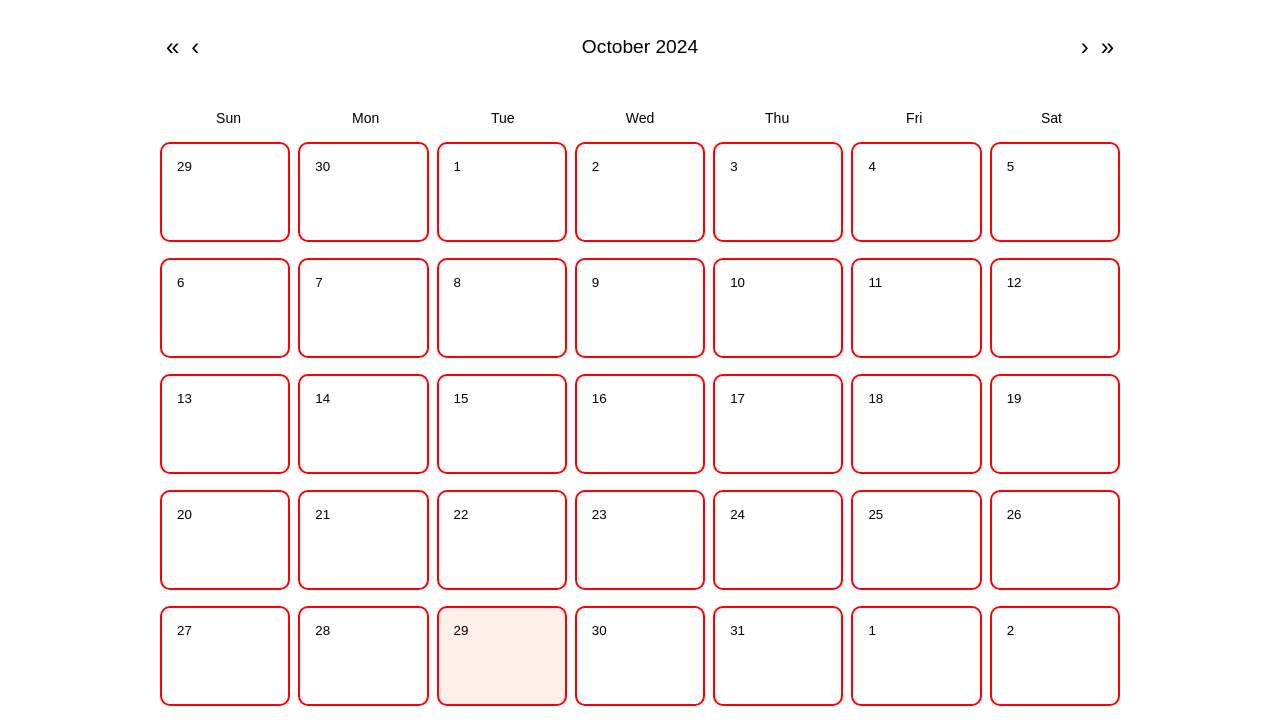
Repository: prgrms-fe-devcourse/NFE1-1-3-MOODI
Page: /
The author's editor kept a copy of each file at every save. The page is drawn from the files as they stood at one save, then again after the next save.
The browser window is 1280 px wide. The pictures show the whole page.
The page's requests for data from a server got no answer. Some web fonts or font styles are not loaded; a fallback is used. The project was rebuilt for these pictures with package versions that can differ from the ones it lists, and the page was loaded fresh each time. No one was signed in, and anything a server would have sent is missing. Also part of the build but not shown: webpack.config.js.

Above is the page before, as saved 2024-10-29 14:39:10.

### public/index.html
<!doctype html>
<html lang="en">
    <head>
        <meta charset="UTF-8" />
        <meta http-equiv="X-UA-Compatible" content="IE=edge" />
        <meta name="viewport" content="width=device-width, initial-scale=1.0" />
        <link
            rel="stylesheet"
            type="text/css"
            href="https://cdn.jsdelivr.net/gh/orioncactus/pretendard/dist/web/static/pretendard.css"
        />
        <title>Webpack without CRA</title>
    </head>
    <body>
        <div id="root"></div>
    </body>
</html>

### src/app/Index.tsx
import React from 'react';
import ReactDOM from 'react-dom/client';
import App from './App';

const rootElement = document.getElementById('root')!;

const root = ReactDOM.createRoot(rootElement);

root.render(
    <React.StrictMode>
        <App />
    </React.StrictMode>
);

### src/app/App.tsx
import React from 'react';
import GlobalStyles from './styles/globalStyles';
import { QueryClient, QueryClientProvider } from '@tanstack/react-query';
import Calendar from '../features/calendar/index';

const queryClient = new QueryClient();

const App: React.FC = () => {
    return (
        <QueryClientProvider client={queryClient}>
            <GlobalStyles />
            <Calendar />
        </QueryClientProvider>
    );
};

export default App;

### src/app/styles/globalStyles.ts
import { createGlobalStyle } from 'styled-components';

const GlobalStyles = createGlobalStyle`

  /* CSS Reset */
  html,
  body,
  div,
  span,
  applet,
  object,
  iframe,
  h1,
  h2,
  h3,
  h4,
  h5,
  h6,
  p,
  blockquote,
  pre,
  a,
  abbr,
  acronym,
  address,
  big,
  cite,
  code,
  del,
  dfn,
  em,
  img,
  ins,
  kbd,
  q,
  s,
  samp,
  small,
  strike,
  strong,
  sub,
  sup,
  tt,
  var,
  b,
  u,
  i,
  center,
  dl,
  dt,
  dd,
  ol,
  ul,
  li,
  fieldset,
  form,
  label,
  legend,
  table,
  caption,
  tbody,
  tfoot,
  thead,
  tr,
  th,
  td,
  article,
  aside,
  canvas,
  details,
  embed,
  figure,
  figcaption,
  footer,
  header,
  hgroup,
  menu,
  nav,
  section {
    margin: 0;
    padding: 0;
    border: 0;
    font-size: 100%;
    font: inherit;
    vertical-align: baseline;
  }
  article,
  aside,
  details,
  figcaption,
  figure,
  footer,
  header,
  hgroup,
  menu,
  nav,
  section {
    display: block;
  }
  *[hidden] {
    display: none;
  }
  body {
    line-height: 1;
    font-family: 'Pretendard', sans-serif;
  }
  ol,
  ul {
    list-style: none;
  }
  blockquote,
  q {
    quotes: none;
  }
  blockquote:before,
  blockquote:after,
  q:before,
  q:after {
    content: '';
    content: none;
  }
  table {
    border-collapse: collapse;
    border-spacing: 0;
  }
  *,
  *::before,
  *::after {
    box-sizing: border-box;
  }
  body {
    margin: 0;
    padding: 0;
    overflow-y: scroll;
  }
  a{
    color: black;
    text-decoration-line: none;
  }
`;

export default GlobalStyles;

### src/features/calendar/index.tsx
import CalendarUi from './calendar-ui/CalendarUi';
import { CalendarWrapper } from './indexCss';

const Calendar = () => {
    return (
        <CalendarWrapper>
            <CalendarUi />
        </CalendarWrapper>
    );
};

export default Calendar;

### src/features/calendar/calendar-ui/CalendarUi.tsx
import { StyledCalendar, DateInnerContent } from './calendarUiCss';
import { Value } from 'react-calendar/dist/cjs/shared/types';
import { useState, useEffect } from 'react';
import moment from 'moment';
import { calendarDataFetch } from '../calendar-logic/calendarDataFetch';
import {
    getActiveMonth,
    handleTileClick
} from '../calendar-logic/calendarLogic';
import { getEmoticonPath } from '../get-emotion-path/getEmotionPath';

const CalendarUi: React.FC = () => {
    const curDate = new Date();
    const [vlu, onChange] = useState(curDate);
    const monthOfActiveDate = moment(vlu).format('YYYY-MM');
    const [activeMonth, setActiveMonth] = useState(monthOfActiveDate);
    const [fetchedData, setFetchedData] = useState<
        { id: number; created_date: string; emotion: string | null }[]
    >([]);
    const weekDays = ['Sun', 'Mon', 'Tue', 'Wed', 'Thu', 'Fri', 'Sat'];

    // fetchedData에 데이터를 저장
    const loadDates = async () => {
        const data = await calendarDataFetch(activeMonth);
        if (data) {
            const dates = data.map(
                (entry: {
                    id: number;
                    created_date: string;
                    emotion: string | null;
                }) => ({
                    id: entry.id,
                    created_date: moment(entry.created_date).format(
                        'YYYY-MM-DD'
                    ),
                    emotion: entry.emotion
                })
            );
            setFetchedData(dates);
        }
    };

    // 일기 여부에 따라 class주어주기
    const getTileClassName = (dateparam: Date): string => {
        const dateString = moment(dateparam).format('YYYY-MM-DD');
        const isCheckedDate = fetchedData.some(
            (entry) => entry.created_date === dateString
        );

        return isCheckedDate ? 'diary-date' : 'checked-date';
    };

    // fetchedData에서 아이템마다 id와 emotion 데이터 넣기
    const getTileContent = ({ date }: { date: Date }) => {
        const dateString = moment(date).format('YYYY-MM-DD');
        const matchedEntry = fetchedData.find(
            (entry) => entry.created_date === dateString
        );

        if (matchedEntry && matchedEntry.emotion) {
            return (
                <DateInnerContent
                    data-id={matchedEntry.id}
                    emotion={getEmoticonPath(matchedEntry.emotion)}
                    className="custom-tile-content"
                />
            );
        }
        return null; // 해당 날짜와 일치하는 데이터가 없으면 null 반환
    };

    useEffect(() => {
        loadDates();
    }, [activeMonth]);

    return (
        <StyledCalendar
            onActiveStartDateChange={({ activeStartDate }) =>
                getActiveMonth(activeStartDate, setActiveMonth)
            }
            formatDay={(locale, d) => d.getDate().toString()}
            formatShortWeekday={(locale, d) => weekDays[d.getDay()]}
            tileClassName={({ date }) => getTileClassName(date)}
            onClickDay={(date, event) => handleTileClick(event)}
            tileContent={getTileContent}
        />
    );
};

export default CalendarUi;

### src/features/calendar/indexCss.ts
import styled from 'styled-components';

export const CalendarWrapper = styled.div`
    display: flex;
    justify-content: center;
`;

### src/features/calendar/calendar-ui/calendarUiCss.ts
import Calendar, { CalendarType } from 'react-calendar';
import styled from 'styled-components';

export const StyledCalendar = styled(Calendar).attrs({
    calendarType: 'gregory' as CalendarType
})`
    width: 100%;
    max-width: 960px;
    background-color: rgba(255, 255, 255, 1);
    border: none;
    font-family: 'Pretendard', sans-serif;

    //년월컨테이너
    .react-calendar__navigation {
        display: flex;
        padding: 2rem 0;

        //년월선택ui
        button {
            border: none;
            border-radius: 10px;
            background-color: white;
            outline: none;
            font-size: 1.5rem;
            font-family: 'Pretendard', sans-serif;
            &:hover {
                background-color: rgba(0, 0, 0, 0.05);
                cursor: pointer;
            }
        }

        //년월텍스트
        .react-calendar__navigation__label {
            font-size: 1.2rem;
        }
    }

    //날짜/년월/10년 아이템
    .react-calendar__tile {
        max-width: initial !important;
        padding: 15px;
        height: 100px;
        background-color: white;
        border-radius: 28px;
        border: 1px solid rgba(0, 0, 0, 0.2);
        display: flex;
        flex-direction: column;
        justify-content: space-between;
        &:hover {
            background-color: rgba(0, 0, 0, 0.05);
            cursor: pointer;
        }
    }

    //10년박스
    .react-calendar__century-view__decades {
        display: grid !important;
        grid-template-columns: repeat(4, 1fr);
        column-gap: 0.5rem;
        row-gap: 1rem;
    }

    //년박스
    .react-calendar__decade-view__years {
        display: grid !important;
        grid-template-columns: repeat(4, 1fr);
        column-gap: 0.5rem;
        row-gap: 1rem;
    }

    //월박스
    .react-calendar__year-view__months {
        display: grid !important;
        grid-template-columns: repeat(4, 1fr);
        column-gap: 0.5rem;
        row-gap: 1rem;
    }

    //날짜박스
    .react-calendar__month-view__days {
        display: grid !important;
        grid-template-columns: repeat(7, 1fr);
        column-gap: 0.5rem;
        row-gap: 1rem;

        // 체크된 날짜 스타일
        .checked-date {
            border: 2px solid red; // 빨간 테두리
            border-radius: 10px;
        }

        // 체크되지 않은 날짜 스타일
        .unchecked-date {
            border: 2px solid blue; // 파란 테두리
            border-radius: 10px;
        }
    }

    //요일박스
    .react-calendar__month-view__weekdays {
        padding: 1rem 0;
        //요일아이템
        .react-calendar__month-view__weekdays__weekday {
            text-align: center;
            abbr {
                font-size: 14px;
                text-decoration: none;
            }
        }
    }

    //오늘날짜아이템
    .react-calendar__tile--now {
        background-color: #ffeee9;
        border: 1px solid #ff480e;
        color: black;
    }
`;

interface DateInnerContentProps {
    emotion: string | null;
}

export const DateInnerContent = styled.div<DateInnerContentProps>`
    background-image: url(${(props) => props.emotion});
    width: 40px;
    height: 40px;
    background-size: contain;
    background-repeat: no-repeat;
    align-self: flex-end;
`;

### src/features/calendar/calendar-logic/calendarDataFetch.tsx
export const calendarDataFetch = async (activeMonth: string) => {
    const split = activeMonth.split('-');
    try {
        const response = await fetch(
            `https://td3axvf8x7.execute-api.ap-northeast-2.amazonaws.com/moodi/diary?limit=40&user_email=annawa6@naver.com.com&year=${split[0]}&month=${split[1]}`
        );
        if (!response.ok) {
            throw new Error('데이터를 가져오는데 실패했습니다.');
        }
        const data = await response.json();
        return data;
    } catch (error) {
        console.error(error);
        return null;
    }
};

### src/features/calendar/calendar-logic/calendarLogic.tsx
import moment from 'moment';

export const handleTileClick = (event: React.MouseEvent<HTMLButtonElement>) => {
    const target = event.currentTarget.querySelector(
        '.custom-tile-content'
    ) as HTMLElement;
    const id = target?.getAttribute('data-id');

    if (id) {
        alert(`${id}로 이동`);
    } else {
        alert('일기 작성 페이지로 이동.');
    }
};

export const getActiveMonth = (
    activeStartDate: moment.MomentInput,
    setActiveMonth: React.Dispatch<React.SetStateAction<string>>
) => {
    const newActiveMonth = moment(activeStartDate).format('YYYY-MM');
    setActiveMonth(newActiveMonth);
};

### src/features/calendar/get-emotion-path/getEmotionPath.ts
export const getEmoticonPath = (emotion: string) => {
    const emotionMap: Record<string, string> = {
        기뻐요: 'emoji_excited',
        '자신 있어요': 'emoji_confident',
        감사해요: 'emoji_grateful',
        편안해요: 'emoji_comfortable',
        신이나요: 'emoji_excited',
        즐거워요: 'emoji_fun',
        만족스러워요: 'emoji_satisfied',
        사랑스러워요: 'emoji_lovely',
        모르겠어요: 'emoji_not_sure',
        부끄러워요: 'emoji_embarrassed',
        놀라워요: 'emoji_surprised',
        '아무생각이 없어요': 'emoji_blank',
        슬퍼요: 'emoji_sad',
        우울해요: 'emoji_depressed',
        실망스러워요: 'emoji_disappointed',
        후회돼요: 'emoji_regret',
        짜증나요: 'emoji_annoyed',
        화나요: 'emoji_angry',
        외로워요: 'emoji_lonely',
        충격받았어요: 'emoji_shocked',
        곤란해요: 'emoji_awkward'
    };

    const svgName = emotionMap[emotion];
    if (!svgName) {
        return null; // 매칭되는 감정이 없을 경우
    }

    return `emoji/${svgName}.svg`;
};

After the next save:
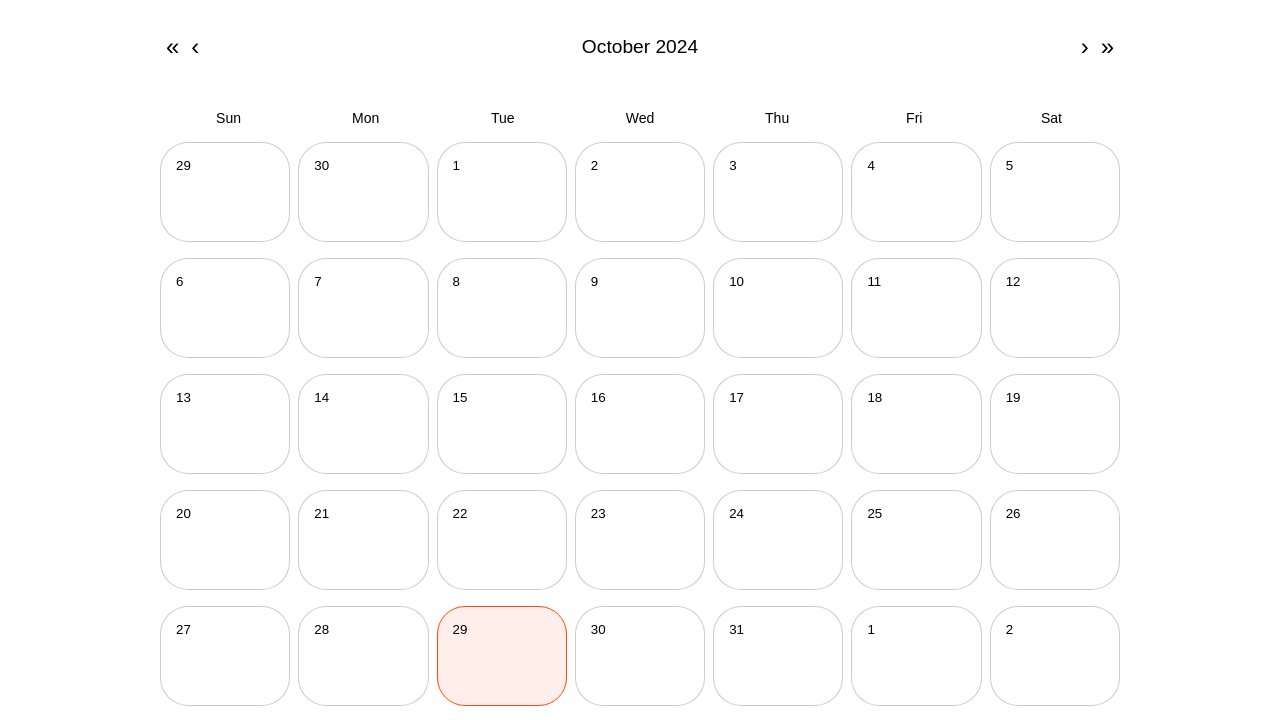
Saved 5 s later.
--- a/src/features/calendar/calendar-ui/CalendarUi.tsx
+++ b/src/features/calendar/calendar-ui/CalendarUi.tsx
@@ -47,7 +47,7 @@ const CalendarUi: React.FC = () => {
             (entry) => entry.created_date === dateString
         );
 
-        return isCheckedDate ? 'diary-date' : 'checked-date';
+        return isCheckedDate ? 'diary-date' : 'nodiary-date';
     };
 
     // fetchedData에서 아이템마다 id와 emotion 데이터 넣기
